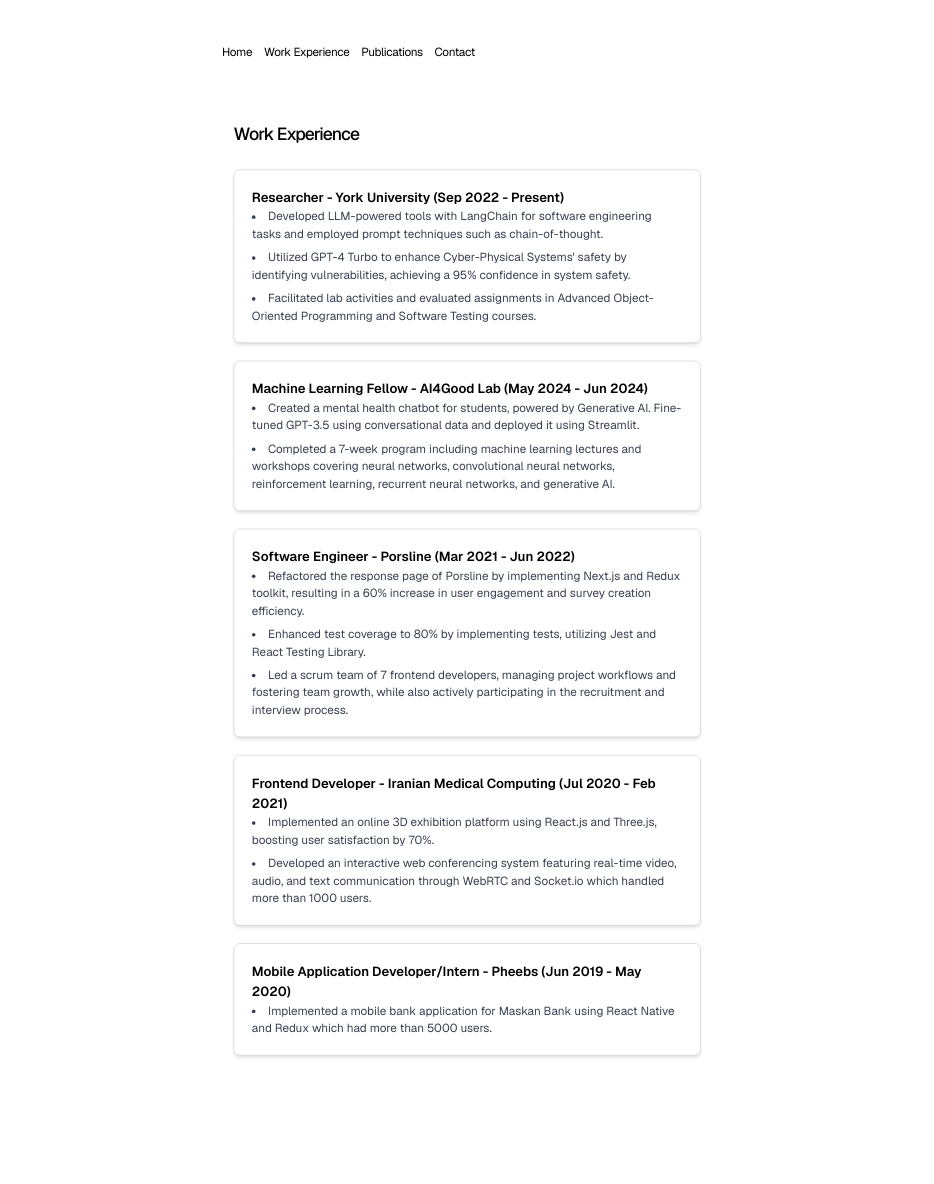
Repository: kimixz/kimixz.github.io
Page: /work
The author's editor kept a copy of each file at every save. The page is drawn from the files as they stood at one save, then again after the next save.
The browser window is 1280 px wide. The pictures show the whole page, at 73% of full size.
The project was rebuilt for these pictures with package versions that can differ from the ones it lists, and the page was loaded fresh each time. Some packages were replaced by stand-ins written for this rebuild. The framework's server and built-in components were replaced by stand-ins that run in the browser. Also part of the build but not shown: next.config.mjs, app/blog/[slug]/sandpack.tsx.

Above is the page before, as saved 2024-07-28 16:49:11.

### app/work/page.tsx
export default function Page() {
  return (
    <section className="max-w-3xl mx-auto p-4">
      <h1 className="font-medium text-2xl mb-8 tracking-tighter">Work Experience</h1>

      <div className="space-y-6">
        <div className="p-6 border border-gray-300 dark:border-gray-700 rounded-lg bg-white dark:bg-gray-900 shadow-md">
          <h2 className="font-semibold text-lg">Researcher - York University (Sep 2022 - Present)</h2>
          <ul className="list-disc list-inside text-gray-700 dark:text-gray-300 space-y-2">
            <li>Developed LLM-powered tools with LangChain for software engineering tasks and employed prompt techniques such as chain-of-thought.</li>
            <li>Utilized GPT-4 Turbo to enhance Cyber-Physical Systems' safety by identifying vulnerabilities, achieving a 95% confidence in system safety.</li>
            <li>Facilitated lab activities and evaluated assignments in Advanced Object-Oriented Programming and Software Testing courses.</li>
          </ul>
        </div>
        <div className="p-6 border border-gray-300 dark:border-gray-700 rounded-lg bg-white dark:bg-gray-900 shadow-md">
          <h2 className="font-semibold text-lg">Machine Learning Fellow - AI4Good Lab (May 2024 - Jun 2024)</h2>
          <ul className="list-disc list-inside text-gray-700 dark:text-gray-300 space-y-2">
            <li>Created a mental health chatbot for students, powered by Generative AI. Fine-tuned GPT-3.5 using conversational data and deployed it using Streamlit.</li>
            <li>Completed a 7-week program including machine learning lectures and workshops covering neural networks, convolutional neural networks, reinforcement learning, recurrent neural networks, and generative AI.</li>
          </ul>
        </div>
        <div className="p-6 border border-gray-300 dark:border-gray-700 rounded-lg bg-white dark:bg-gray-900 shadow-md">
          <h2 className="font-semibold text-lg">Software Engineer - Porsline (Mar 2021 - Jun 2022)</h2>
          <ul className="list-disc list-inside text-gray-700 dark:text-gray-300 space-y-2">
            <li>Refactored the response page of Porsline by implementing Next.js and Redux toolkit, resulting in a 60% increase in user engagement and survey creation efficiency.</li>
            <li>Enhanced test coverage to 80% by implementing tests, utilizing Jest and React Testing Library.</li>
            <li>Led a scrum team of 7 frontend developers, managing project workflows and fostering team growth, while also actively participating in the recruitment and interview process.</li>
          </ul>
        </div>
        <div className="p-6 border border-gray-300 dark:border-gray-700 rounded-lg bg-white dark:bg-gray-900 shadow-md">
          <h2 className="font-semibold text-lg">Frontend Developer - Iranian Medical Computing (Jul 2020 - Feb 2021)</h2>
          <ul className="list-disc list-inside text-gray-700 dark:text-gray-300 space-y-2">
            <li>Implemented an online 3D exhibition platform using React.js and Three.js, boosting user satisfaction by 70%.</li>
            <li>Developed an interactive web conferencing system featuring real-time video, audio, and text communication through WebRTC and Socket.io which handled more than 1000 users.</li>
          </ul>
        </div>
        <div className="p-6 border border-gray-300 dark:border-gray-700 rounded-lg bg-white dark:bg-gray-900 shadow-md">
          <h2 className="font-semibold text-lg">Mobile Application Developer/Intern - Pheebs (Jun 2019 - May 2020)</h2>
          <ul className="list-disc list-inside text-gray-700 dark:text-gray-300 space-y-2">
            <li>Implemented a mobile bank application for Maskan Bank using React Native and Redux which had more than 5000 users.</li>
          </ul>
        </div>
      </div>
    </section>
  );
}

### app/global.css
@tailwind base;
@tailwind components;
@tailwind utilities;

::selection {
  background-color: #47a3f3;
  color: #fefefe;
}

:root {
  --sh-class: #2d5e9d;
  --sh-identifier: #354150;
  --sh-sign: #8996a3;
  --sh-string: #007f7a;
  --sh-keyword: #e02518;
  --sh-comment: #a19595;
  --sh-jsxliterals: #6266d1;
  --sh-property: #e25a1c;
  --sh-entity: #e25a1c;
}

@media (prefers-color-scheme: dark) {
  :root {
    --sh-class: #4c97f8;
    --sh-identifier: white;
    --sh-keyword: #f47067;
    --sh-string: #0fa295;
  }
  html {
    color-scheme: dark;
  }
}

html {
  min-width: 360px;
}

.prose .anchor {
  @apply absolute invisible no-underline;

  margin-left: -1em;
  padding-right: 0.5em;
  width: 80%;
  max-width: 700px;
  cursor: pointer;
}

.anchor:hover {
  @apply visible;
}

.prose a {
  @apply transition-all decoration-neutral-400 dark:decoration-neutral-600 underline-offset-2 decoration-[0.1em];
}

.prose .anchor:after {
  @apply text-neutral-300 dark:text-neutral-700;
  content: '#';
}

.prose *:hover > .anchor {
  @apply visible;
}

.prose pre {
  @apply bg-neutral-50 dark:bg-neutral-900 rounded-lg overflow-x-auto border border-neutral-200 dark:border-neutral-900;
}

.prose code {
  @apply px-1 py-0.5 rounded-lg;
}

.prose pre code {
  @apply p-0;
  border: initial;
  line-height: 1.5;
}

.prose code span {
  @apply font-medium;
}

.prose img {
  /* Don't apply styles to next/image */
  @apply m-0;
}

.prose h2,
h3,
h4 {
  @apply font-medium tracking-tighter !important;
}

.prose strong {
  @apply font-medium;
}

.prose > :first-child {
  /* Override removing top margin, causing layout shift */
  margin-top: 1.25em !important;
  margin-bottom: 1.25em !important;
}

pre::-webkit-scrollbar {
  display: none;
}

pre {
  -ms-overflow-style: none; /* IE and Edge */
  scrollbar-width: none; /* Firefox */
}

/* Remove Safari input shadow on mobile */
input[type='text'],
input[type='email'] {
  -webkit-appearance: none;
  -moz-appearance: none;
  appearance: none;
}

.prose .tweet a {
  text-decoration: inherit;
  font-weight: 500;
}

table {
  display: block;
  max-width: fit-content;
  overflow-x: auto;
  white-space: nowrap;
}

.prose .callout > p {
  margin: 0 !important;
}

.title {
  text-wrap: balance;
}

### app/components/nav.tsx
import Link from 'next/link';

const navItems = {
  '/': {
    name: 'Home',
  },
  '/work': {
    name: 'Work Experience',
  },
  '/publications': {
    name: 'Publications',
  },
  '/contact': {
    name: 'Contact',
  },
};

export function Navbar() {
  return (
    <aside className="-ml-[8px] mb-16 tracking-tight">
      <div className="lg:sticky lg:top-20">
        <nav
          className="flex flex-row items-start relative px-0 pb-0 fade md:overflow-auto scroll-pr-6 md:relative"
          id="nav"
        >
          <div className="flex flex-row space-x-0 pr-10">
            {Object.entries(navItems).map(([path, { name }]) => {
              return (
                <Link
                  key={path}
                  href={path}
                  className="transition-all hover:text-neutral-800 dark:hover:text-neutral-200 flex align-middle relative py-1 px-2"
                >
                  {name}
                </Link>
              );
            })}
          </div>
        </nav>
      </div>
    </aside>
  );
}

Loaded but not shown: app/layout.tsx (common file); tailwind.config.ts (common file)

After the next save:
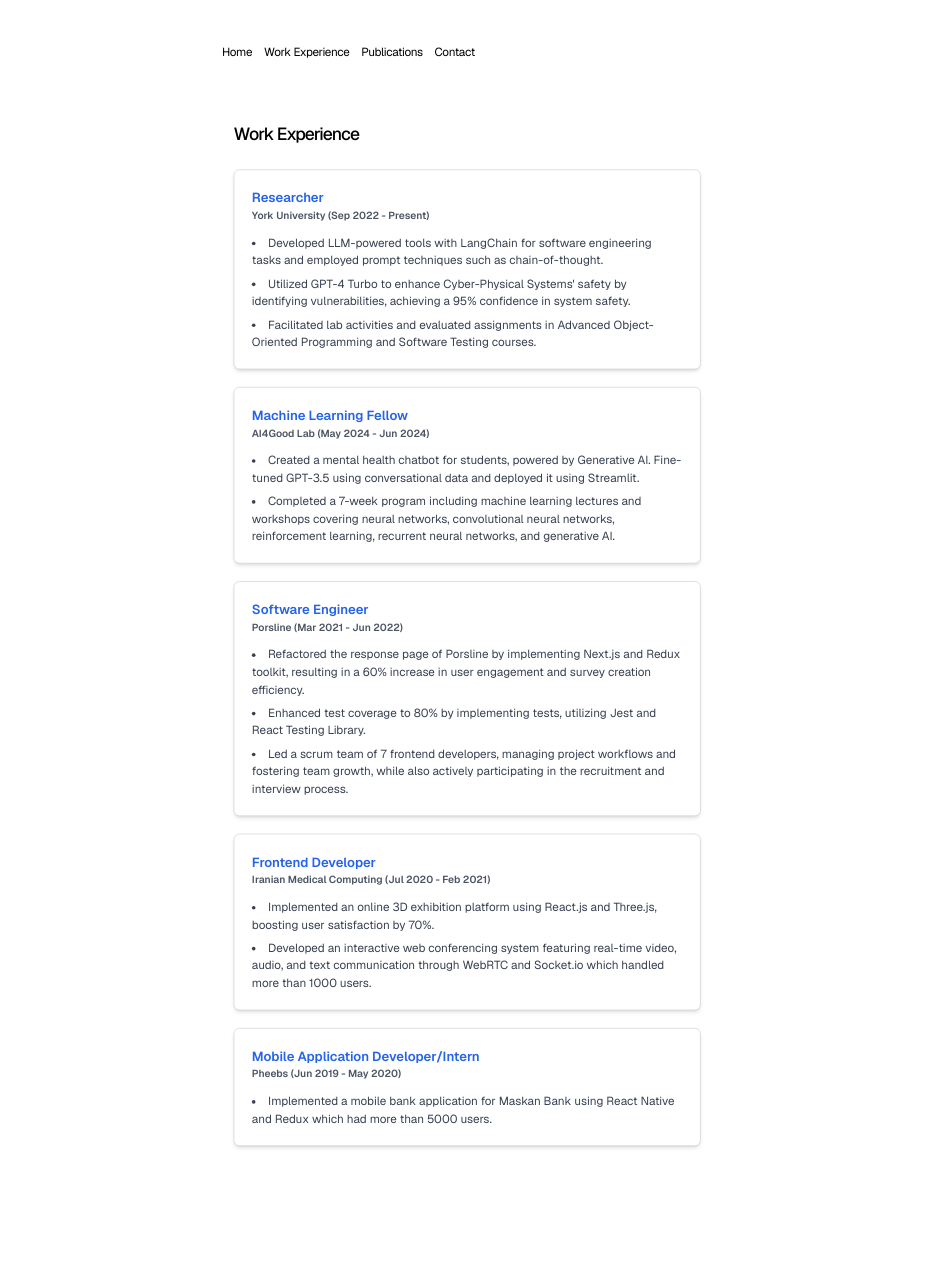
Saved 99 s later.
--- a/app/work/page.tsx
+++ b/app/work/page.tsx
@@ -5,7 +5,10 @@ export default function Page() {
 
       <div className="space-y-6">
         <div className="p-6 border border-gray-300 dark:border-gray-700 rounded-lg bg-white dark:bg-gray-900 shadow-md">
-          <h2 className="font-semibold text-lg">Researcher - York University (Sep 2022 - Present)</h2>
+          <h2 className="font-semibold text-lg mb-4">
+            <span className="block text-blue-600 dark:text-blue-400">Researcher</span>
+            <span className="block text-sm text-gray-600 dark:text-gray-400">York University (Sep 2022 - Present)</span>
+          </h2>
           <ul className="list-disc list-inside text-gray-700 dark:text-gray-300 space-y-2">
             <li>Developed LLM-powered tools with LangChain for software engineering tasks and employed prompt techniques such as chain-of-thought.</li>
             <li>Utilized GPT-4 Turbo to enhance Cyber-Physical Systems' safety by identifying vulnerabilities, achieving a 95% confidence in system safety.</li>
@@ -13,14 +16,20 @@ export default function Page() {
           </ul>
         </div>
         <div className="p-6 border border-gray-300 dark:border-gray-700 rounded-lg bg-white dark:bg-gray-900 shadow-md">
-          <h2 className="font-semibold text-lg">Machine Learning Fellow - AI4Good Lab (May 2024 - Jun 2024)</h2>
+          <h2 className="font-semibold text-lg mb-4">
+            <span className="block text-blue-600 dark:text-blue-400">Machine Learning Fellow</span>
+            <span className="block text-sm text-gray-600 dark:text-gray-400">AI4Good Lab (May 2024 - Jun 2024)</span>
+          </h2>
           <ul className="list-disc list-inside text-gray-700 dark:text-gray-300 space-y-2">
             <li>Created a mental health chatbot for students, powered by Generative AI. Fine-tuned GPT-3.5 using conversational data and deployed it using Streamlit.</li>
             <li>Completed a 7-week program including machine learning lectures and workshops covering neural networks, convolutional neural networks, reinforcement learning, recurrent neural networks, and generative AI.</li>
           </ul>
         </div>
         <div className="p-6 border border-gray-300 dark:border-gray-700 rounded-lg bg-white dark:bg-gray-900 shadow-md">
-          <h2 className="font-semibold text-lg">Software Engineer - Porsline (Mar 2021 - Jun 2022)</h2>
+          <h2 className="font-semibold text-lg mb-4">
+            <span className="block text-blue-600 dark:text-blue-400">Software Engineer</span>
+            <span className="block text-sm text-gray-600 dark:text-gray-400">Porsline (Mar 2021 - Jun 2022)</span>
+          </h2>
           <ul className="list-disc list-inside text-gray-700 dark:text-gray-300 space-y-2">
             <li>Refactored the response page of Porsline by implementing Next.js and Redux toolkit, resulting in a 60% increase in user engagement and survey creation efficiency.</li>
             <li>Enhanced test coverage to 80% by implementing tests, utilizing Jest and React Testing Library.</li>
@@ -28,14 +37,20 @@ export default function Page() {
           </ul>
         </div>
         <div className="p-6 border border-gray-300 dark:border-gray-700 rounded-lg bg-white dark:bg-gray-900 shadow-md">
-          <h2 className="font-semibold text-lg">Frontend Developer - Iranian Medical Computing (Jul 2020 - Feb 2021)</h2>
+          <h2 className="font-semibold text-lg mb-4">
+            <span className="block text-blue-600 dark:text-blue-400">Frontend Developer</span>
+            <span className="block text-sm text-gray-600 dark:text-gray-400">Iranian Medical Computing (Jul 2020 - Feb 2021)</span>
+          </h2>
           <ul className="list-disc list-inside text-gray-700 dark:text-gray-300 space-y-2">
             <li>Implemented an online 3D exhibition platform using React.js and Three.js, boosting user satisfaction by 70%.</li>
             <li>Developed an interactive web conferencing system featuring real-time video, audio, and text communication through WebRTC and Socket.io which handled more than 1000 users.</li>
           </ul>
         </div>
         <div className="p-6 border border-gray-300 dark:border-gray-700 rounded-lg bg-white dark:bg-gray-900 shadow-md">
-          <h2 className="font-semibold text-lg">Mobile Application Developer/Intern - Pheebs (Jun 2019 - May 2020)</h2>
+          <h2 className="font-semibold text-lg mb-4">
+            <span className="block text-blue-600 dark:text-blue-400">Mobile Application Developer/Intern</span>
+            <span className="block text-sm text-gray-600 dark:text-gray-400">Pheebs (Jun 2019 - May 2020)</span>
+          </h2>
           <ul className="list-disc list-inside text-gray-700 dark:text-gray-300 space-y-2">
             <li>Implemented a mobile bank application for Maskan Bank using React Native and Redux which had more than 5000 users.</li>
           </ul>
